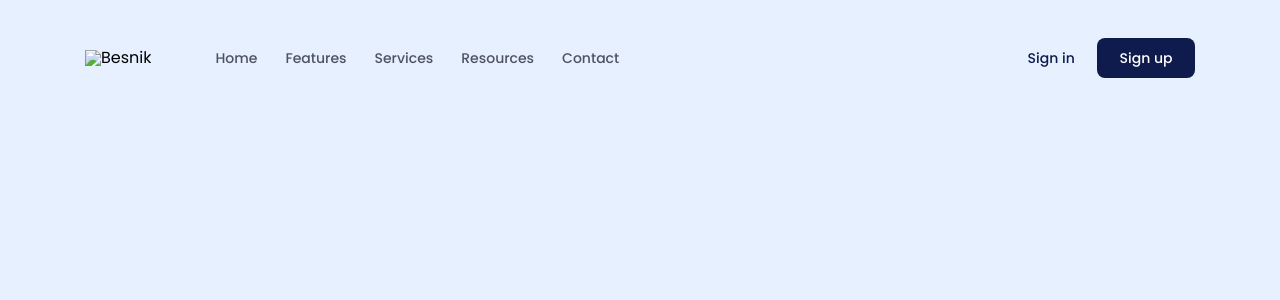
Repository: Phu2992/htmlcss-f8-01
Page: index.html
The author's editor kept a copy of each file at every save. The page is drawn from the files as they stood at one save, then again after the next save.
The browser window is 1280 px wide. The pictures show the whole page.

Above is the page before, as saved 2024-09-26 16:13:59.

After the next save:
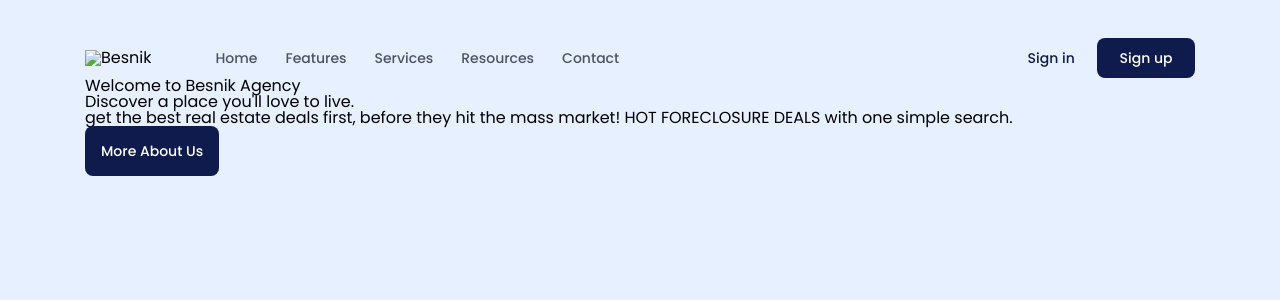
Saved 3 min 44 s later.
--- a/index.html
+++ b/index.html
@@ -13,6 +13,7 @@
             <!-- Header -->
             <header class="header">
                 <div class="content">
+                    <!-- navigation-bar -->
                     <nav class="navbar">
                         <img src="./assets/img/logo.svg" alt="Besnik" />
                         <ul>
@@ -27,6 +28,19 @@
                             <a href="#!" class="btn">Sign up</a>
                         </div>
                     </nav>
+                    <!-- Hero -->
+                    <div class="hero">
+                        <p class="sub-title">Welcome to Besnik Agency</p>
+                        <h1 class="title">
+                            Discover a place you'll love to live.
+                        </h1>
+                        <p class="dsc">
+                            get the best real estate deals first, before they
+                            hit the mass market! HOT FORECLOSURE DEALS with one
+                            simple search.
+                        </p>
+                        <a href="" class="btn">More About Us</a>
+                    </div>
                 </div>
             </header>
         </main>
